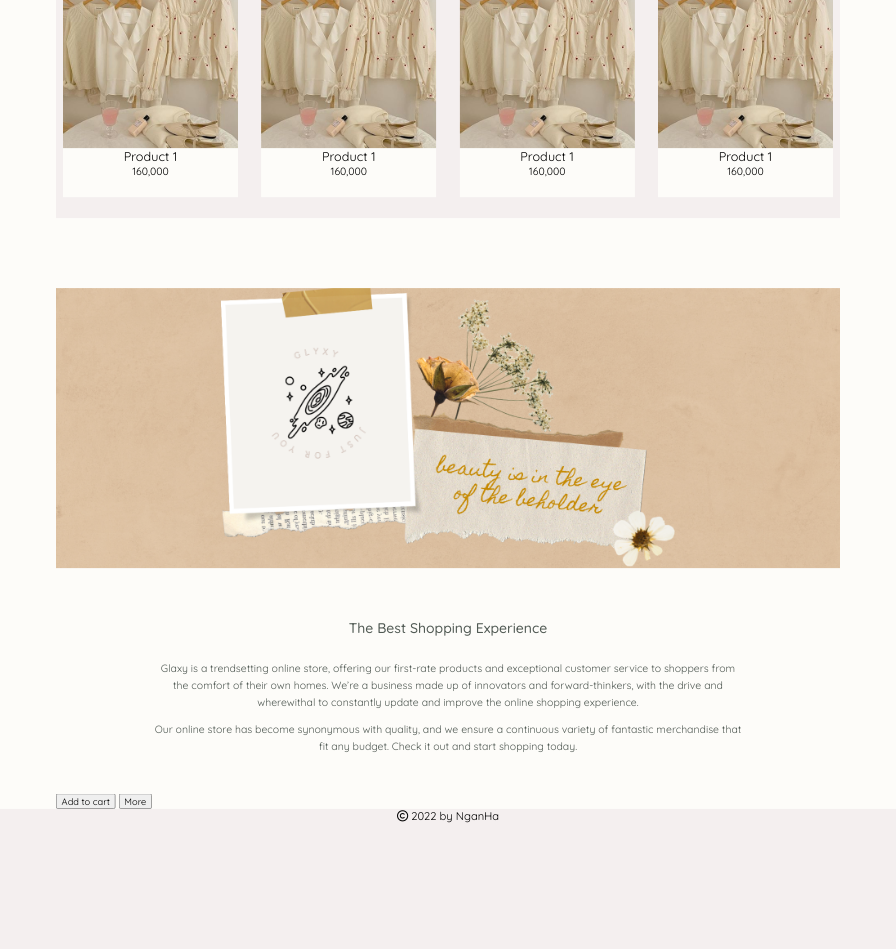
Repository: nganha241/store
Page: index.html
These files come from the project's save history. The page is drawn as it stood at one moment and after the next save; the edit follows.
The browser window is 1280 px wide. The pictures show the part of the page from y = 2081 to 4001 px (the page is 3437 px tall before and 4001 px after), at 70% of full size.
Some web libraries are served in a nearby version.

Above is the page before, as saved 2022-04-17 08:56:54.

After the next save:
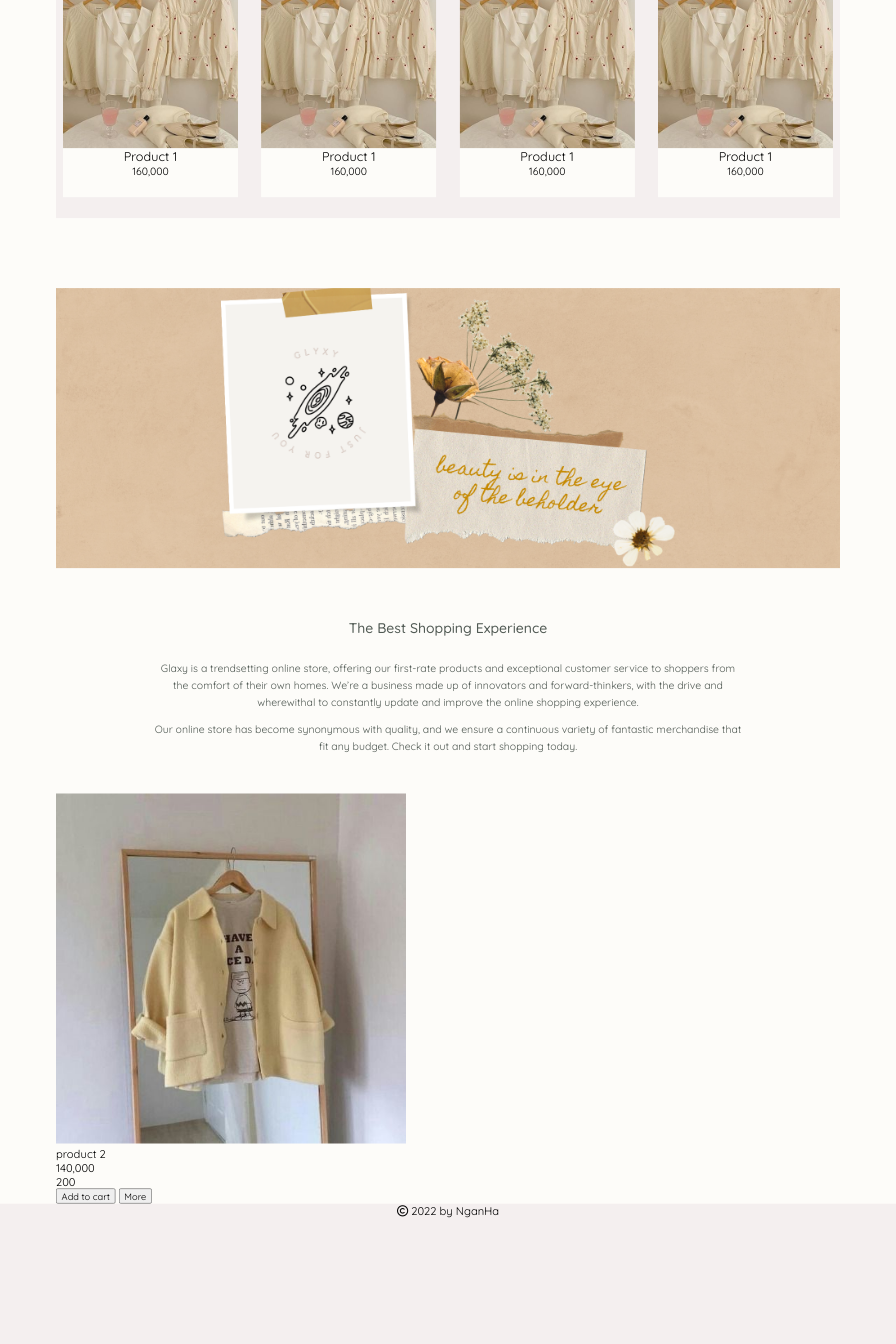
Saved 4 min 15 s later.
--- a/index.html
+++ b/index.html
@@ -180,11 +180,13 @@
       </div>
       <div class="featured">
         <div class="slider">
-          <div class="featured-img"></div>
+          <div class="featured-img">
+            <img src="./img/products/p2.jpg" alt="" />
+          </div>
           <div class="featured-more">
-            <div class="featured-name"></div>
-            <div class="featured-price"></div>
-            <div class="featured-sold"></div>
+            <div class="featured-name">product 2</div>
+            <div class="featured-price">140,000</div>
+            <div class="featured-sold">200</div>
             <div class="featured-choose">
               <button class="add">Add to cart</button>
               <button class="more">More</button>
